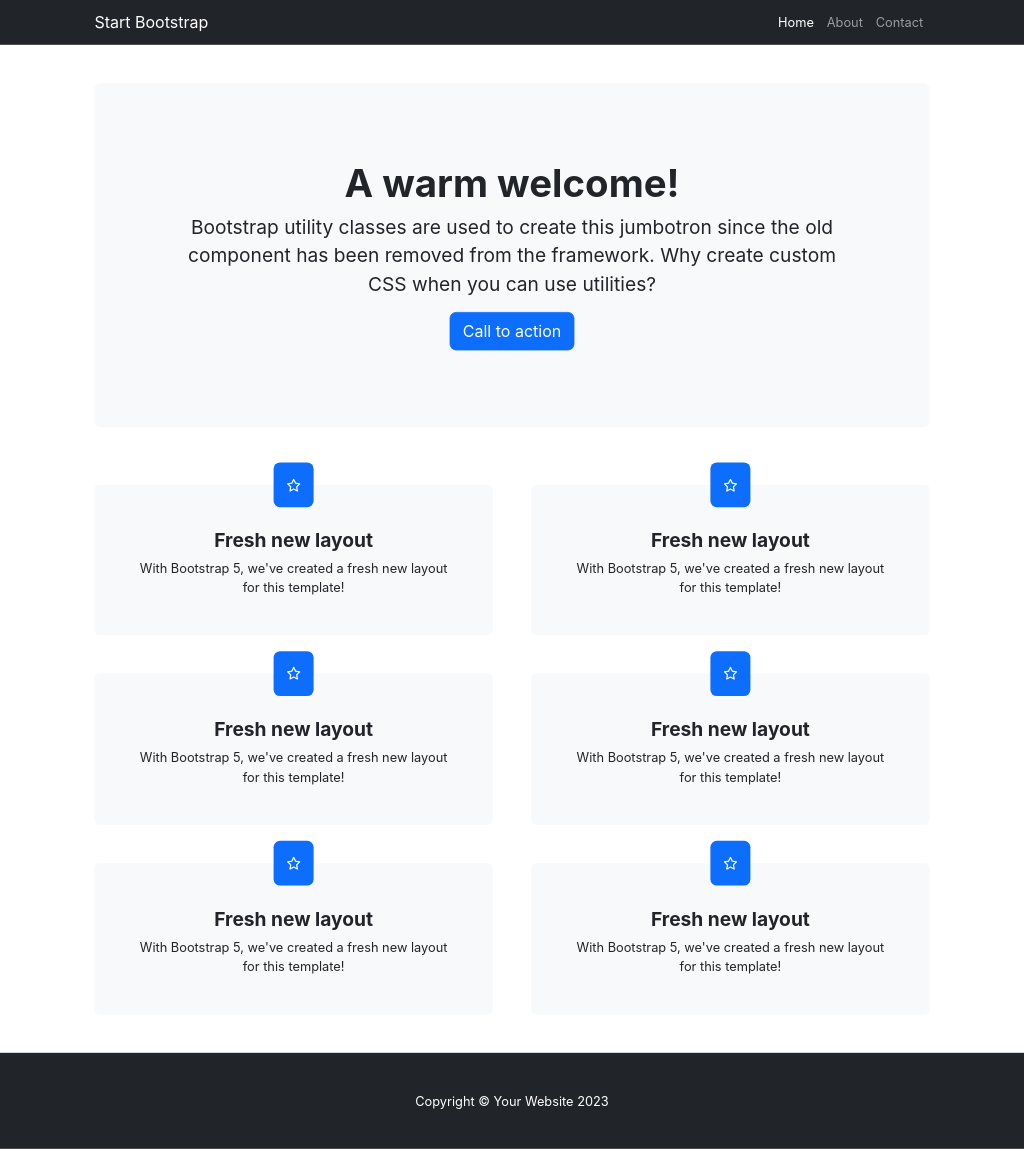
Repository: maitan0705/MaiThanhTan_BC43_BT1_react
Page: /
These files come from the project's save history. The page is drawn as it stood at one moment and after the next save; the edit follows.
The browser window is 1280 px wide. The pictures show the whole page, at 80% of full size.
The project was rebuilt for these pictures with package versions that can differ from the ones it lists, and the page was loaded fresh each time.

Above is the page before, as saved 2023-04-09 21:45:55.

### public/index.html
<!DOCTYPE html>
<html lang="en">

<head>
  <meta charset="utf-8" />
  <link rel="icon" href="%PUBLIC_URL%/favicon.ico" />
  <meta name="viewport" content="width=device-width, initial-scale=1" />
  <meta name="theme-color" content="#000000" />
  <meta name="description" content="Web site created using create-react-app" />
  <title>React App</title>
  <link href="https://cdn.jsdelivr.net/npm/bootstrap@5.3.0-alpha3/dist/css/bootstrap.min.css" rel="stylesheet"
    integrity="sha384-KK94CHFLLe+nY2dmCWGMq91rCGa5gtU4mk92HdvYe+M/SXH301p5ILy+dN9+nJOZ" crossorigin="anonymous">

  <script src="https://cdn.jsdelivr.net/npm/bootstrap@5.3.0-alpha3/dist/js/bootstrap.bundle.min.js"
    integrity="sha384-ENjdO4Dr2bkBIFxQpeoTz1HIcje39Wm4jDKdf19U8gI4ddQ3GYNS7NTKfAdVQSZe"
    crossorigin="anonymous"></script>

  <link rel="stylesheet" href="https://cdnjs.cloudflare.com/ajax/libs/font-awesome/6.4.0/css/all.min.css"
    integrity="sha512-iecdLmaskl7CVkqkXNQ/ZH/XLlvWZOJyj7Yy7tcenmpD1ypASozpmT/E0iPtmFIB46ZmdtAc9eNBvH0H/ZpiBw=="
    crossorigin="anonymous" referrerpolicy="no-referrer" />
</head>

<body>
  <noscript>You need to enable JavaScript to run this app.</noscript>
  <div id="root"></div>
</body>

</html>

### src/App.js
import React, { Component } from 'react';
import Header from './components/Header';
import Body from './components/Body';
import Footer from './components/Footer';

export default class App extends Component {
    render() {
        return (
            <div>
                <Header />
                <Body />
                <Footer />
            </div>
        );
    }
}

### src/components/Header.js
import React, { Component } from 'react';

export default class Header extends Component {
    render() {
        return (
            <nav className="navbar navbar-expand-lg navbar-dark bg-dark">
                <div className="container px-lg-5">
                    <a className="navbar-brand" href="#!">Start Bootstrap</a>
                    <button className="navbar-toggler" type="button" data-bs-toggle="collapse" data-bs-target="#navbarSupportedContent" aria-controls="navbarSupportedContent" aria-expanded="false" aria-label="Toggle navigation"><span className="navbar-toggler-icon" /></button>
                    <div className="collapse navbar-collapse" id="navbarSupportedContent">
                        <ul className="navbar-nav ms-auto mb-2 mb-lg-0">
                            <li className="nav-item"><a className="nav-link active" aria-current="page" href="#!">Home</a></li>
                            <li className="nav-item"><a className="nav-link" href="#!">About</a></li>
                            <li className="nav-item"><a className="nav-link" href="#!">Contact</a></li>
                        </ul>
                    </div>
                </div>
            </nav>

        );
    }
}

### src/components/Body.js
import React, { Component } from 'react';
import Banner from './Banner';
import Item from './Item';

export default class Body extends Component {
    render() {
        return (
            <div>
                <Banner />
                <section class="pt-4">
                    <div class="container px-lg-5">
                        <div class="row gx-lg-5">
                            <Item />
                            <Item />
                            <Item />
                            <Item />
                            <Item />
                            <Item />
                        </div>
                    </div>
                </section>

            </div>
        );
    }
}

### src/components/Footer.js
import React, { Component } from 'react';

export default class Footer extends Component {
    render() {
        return (
            <footer className="py-5 bg-dark">
                <div className="container"><p className="m-0 text-center text-white">Copyright © Your Website 2023</p></div>
            </footer>

        );
    }
}

### src/components/Banner.js
import React, { Component } from 'react';

export default class Banner extends Component {
    render() {
        return (
            <header className="py-5">
                <div className="container px-lg-5">
                    <div className="p-4 p-lg-5 bg-light rounded-3 text-center">
                        <div className="m-4 m-lg-5">
                            <h1 className="display-5 fw-bold">A warm welcome!</h1>
                            <p className="fs-4">Bootstrap utility classes are used to create this jumbotron since the old component has been removed from the framework. Why create custom CSS when you can use utilities?</p>
                            <a className="btn btn-primary btn-lg" href="#!">Call to action</a>
                        </div>
                    </div>
                </div>
            </header>

        );
    }
}

### src/components/Item.js
import React, { Component } from 'react';

export default class Item extends Component {
    render() {
        return (
            <div className="col-lg-6 col-xxl-4 mb-5">
                <div className="card bg-light border-0 h-100">
                    <div className="card-body text-center p-4 p-lg-5 pt-0 pt-lg-0">
                        <div className="d-inline-block bg-primary text-white rounded-3 p-3 " style={{ transform: 'translateY(-50%)' }}><i className="fa-regular fa-star"></i></div>
                        <h2 className="fs-4 fw-bold">Fresh new layout</h2>
                        <p className="mb-0">With Bootstrap 5, we've created a fresh new layout for this template!</p>
                    </div>
                </div>
            </div>
        );
    }
}

Loaded but not shown: src/index.js (common file); src/index.css (common file)

After the next save:
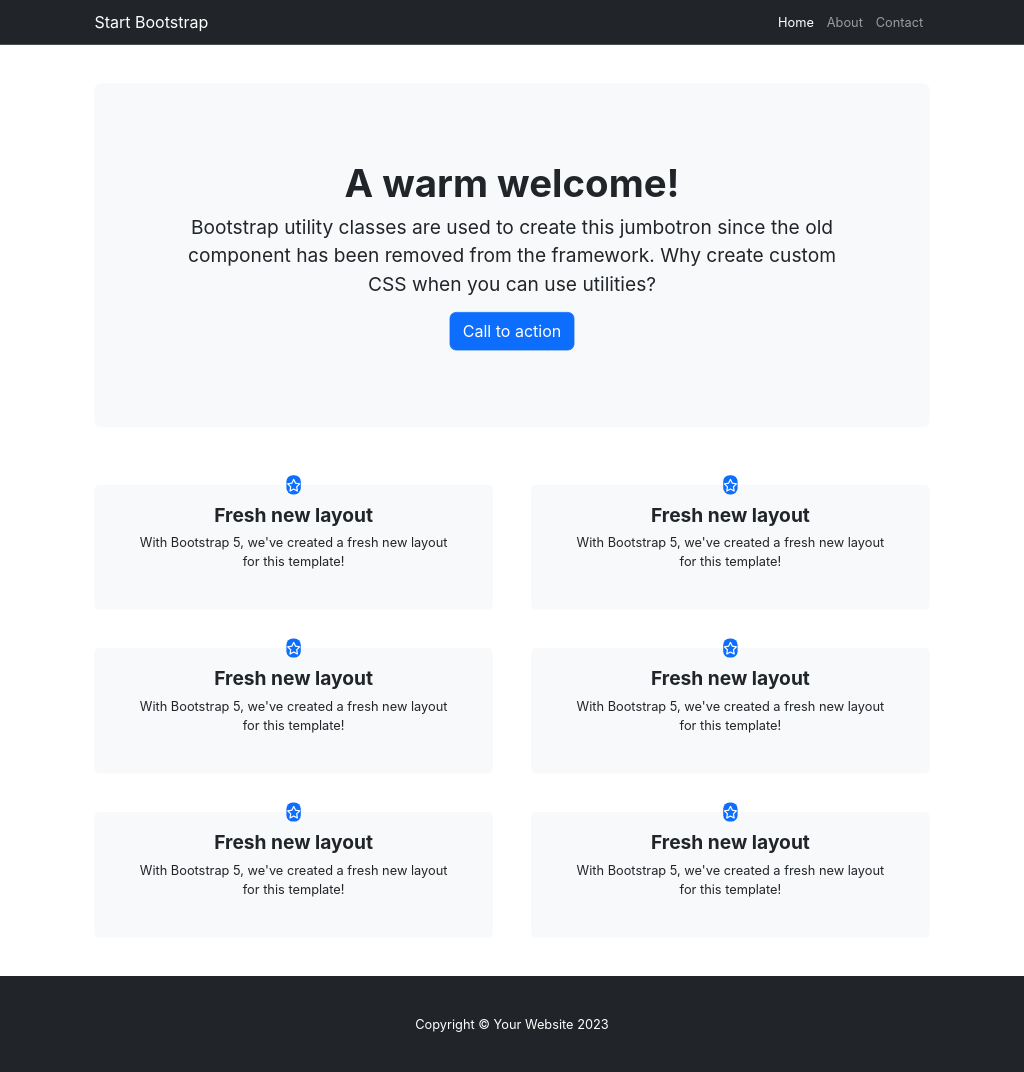
Saved 22 s later.
--- a/src/components/Item.js
+++ b/src/components/Item.js
@@ -6,7 +6,7 @@ export default class Item extends Component {
             <div className="col-lg-6 col-xxl-4 mb-5">
                 <div className="card bg-light border-0 h-100">
                     <div className="card-body text-center p-4 p-lg-5 pt-0 pt-lg-0">
-                        <div className="d-inline-block bg-primary text-white rounded-3 p-3 " style={{ transform: 'translateY(-50%)' }}><i className="fa-regular fa-star"></i></div>
+                        <div className="d-inline-block bg-primary text-white rounded-3 p " style={{ transform: 'translateY(-50%)' }}><i className="fa-regular fa-star"></i></div>
                         <h2 className="fs-4 fw-bold">Fresh new layout</h2>
                         <p className="mb-0">With Bootstrap 5, we've created a fresh new layout for this template!</p>
                     </div>
